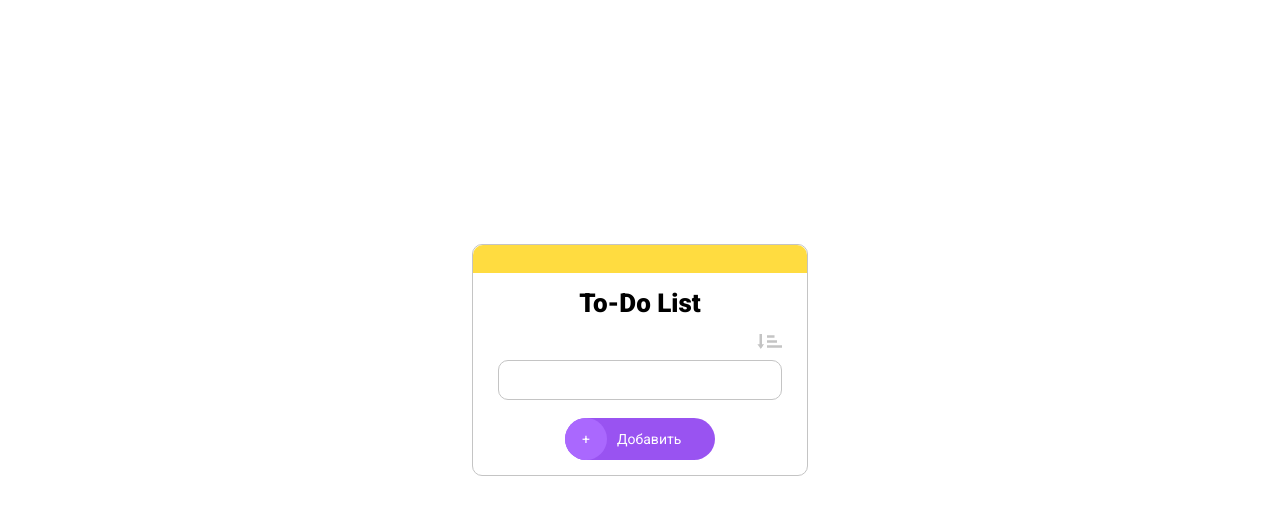
Repository: PoladEziz/Task-15
Page: index.html
An editor plug-in stored every save of this project. The page is shown before and after the next save, followed by the edit.
The browser window is 1280 px wide. The pictures show the whole page.
The style sheet was rebuilt from its Sass, Less or Tailwind sources for each picture, by a compiler version that may differ from the author's.

Above is the page before, as saved 2023-08-10 16:00:13.

After the next save:
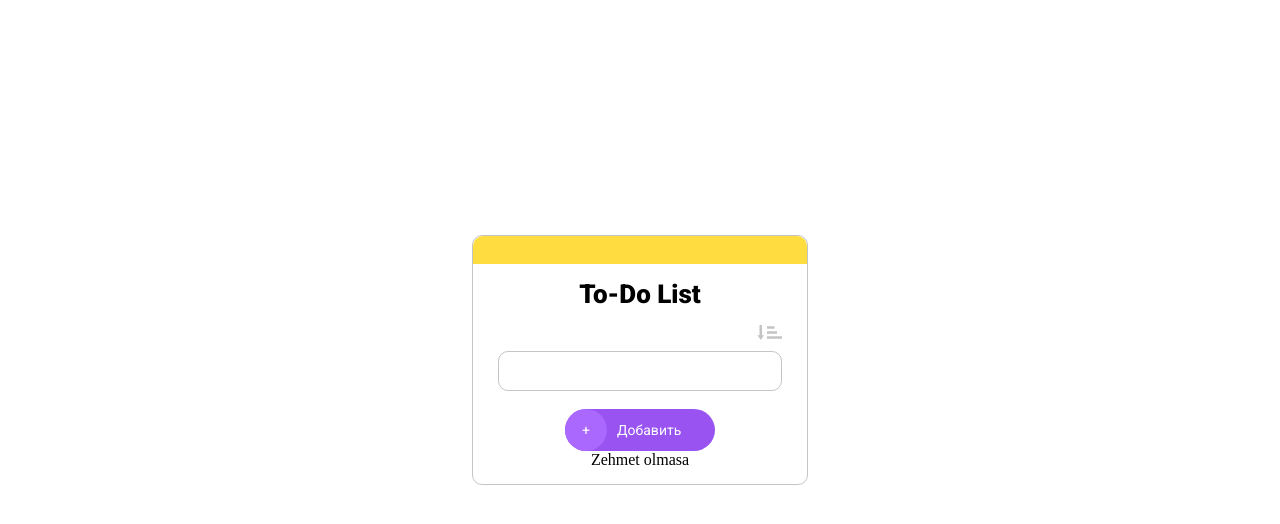
Saved 9 s later.
--- a/index.html
+++ b/index.html
@@ -16,7 +16,7 @@
                     <img src="./img/Group 38 (1).png" alt="">
                     <input type="text">
                     <button class="add-btn"><div>+</div><p>Добавить</p></button>
-              <p></p>
+              <span> Zehmet olmasa </span>
                 </form>
                 <ul>
                     <!-- <li>
